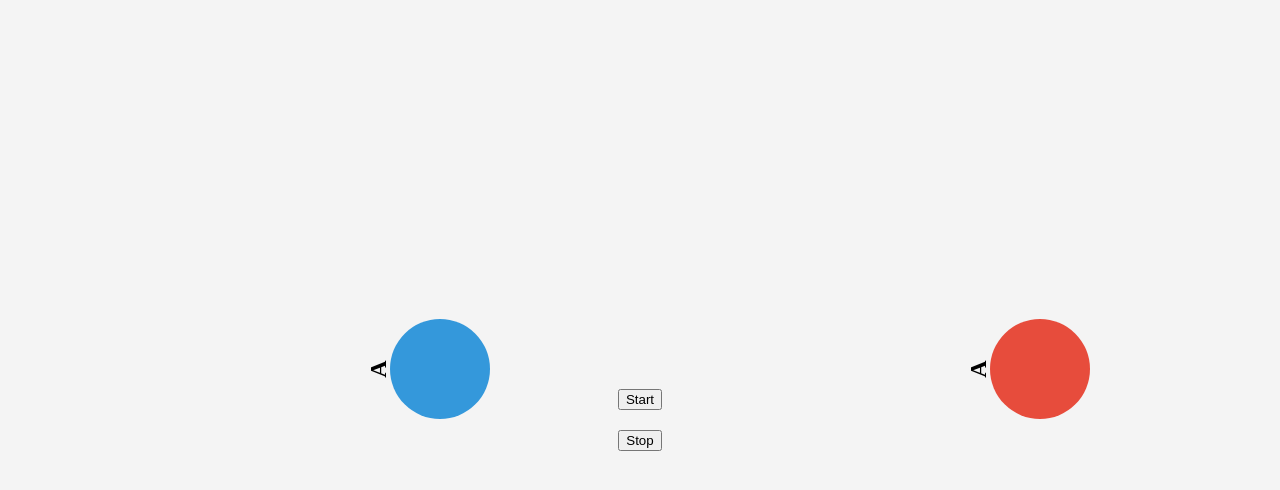
Repository: boshi-an/Isorhythm
Page: .vscode/Isorhythm/index.html
The author's editor kept a copy of each file at every save. The page is drawn from the files as they stood at one save, then again after the next save.
The browser window is 1280 px wide. The pictures show the whole page.

Above is the page before, as saved 2023-10-18 17:40:30.

After the next save:
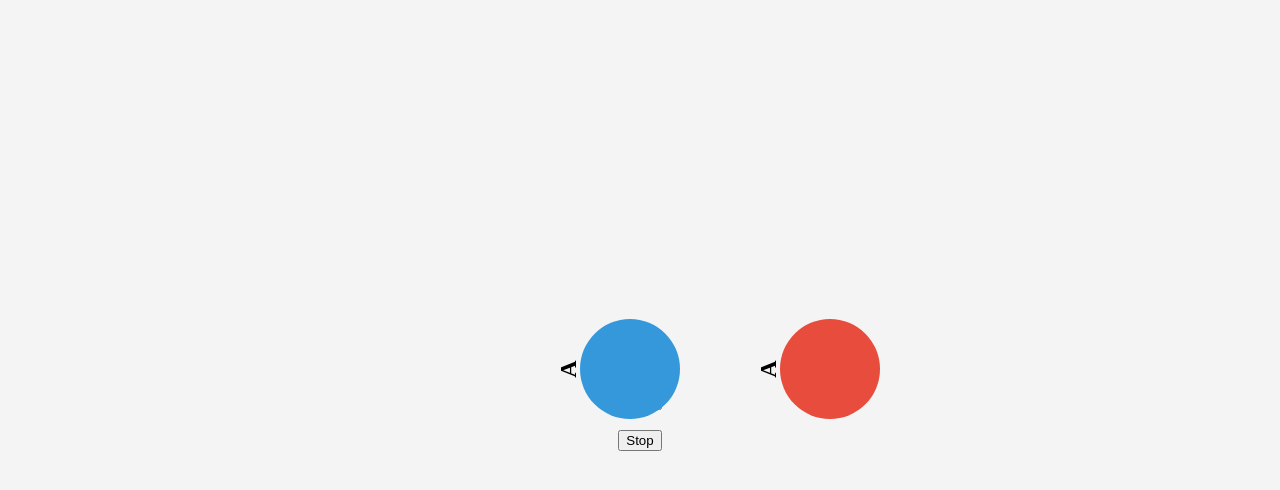
Saved 2 min 19 s later.
--- a/.vscode/Isorhythm/styles.css
+++ b/.vscode/Isorhythm/styles.css
@@ -13,15 +13,10 @@ body {
 
 .circleContainer {
     display: flex;
-    /* Use Flexbox */
     align-items: center;
-    /* Vertically align the circles in the container */
-    justify-content: space-between;
-    /* Put maximum space between the circles */
-    width: 80%;
-    /* You can adjust this value as needed */
-    max-width: 600px;
-    /* Optional: to prevent the circles from getting too far apart on large screens */
+    width: calc(200px + 20px);
+    /* Sum of two circle widths (assuming each is 100px) + potential margin between them (optional) */
+    /* max-width removed, as it's no longer needed for this configuration */
 }
 
 .uiContainer {
@@ -33,7 +28,7 @@ body {
     /* Put maximum space between the circles */
     width: 80%;
     /* You can adjust this value as needed */
-    max-width: 600px;
+    max-width: 200px;
     /* Optional: to prevent the circles from getting too far apart on large screens */
 }
 
@@ -48,7 +43,7 @@ body {
 }
 
 .circle {
-    margin: 0;
+    margin: 0 0;
     width: 100px;
     height: 100px;
     border-radius: 50%;
